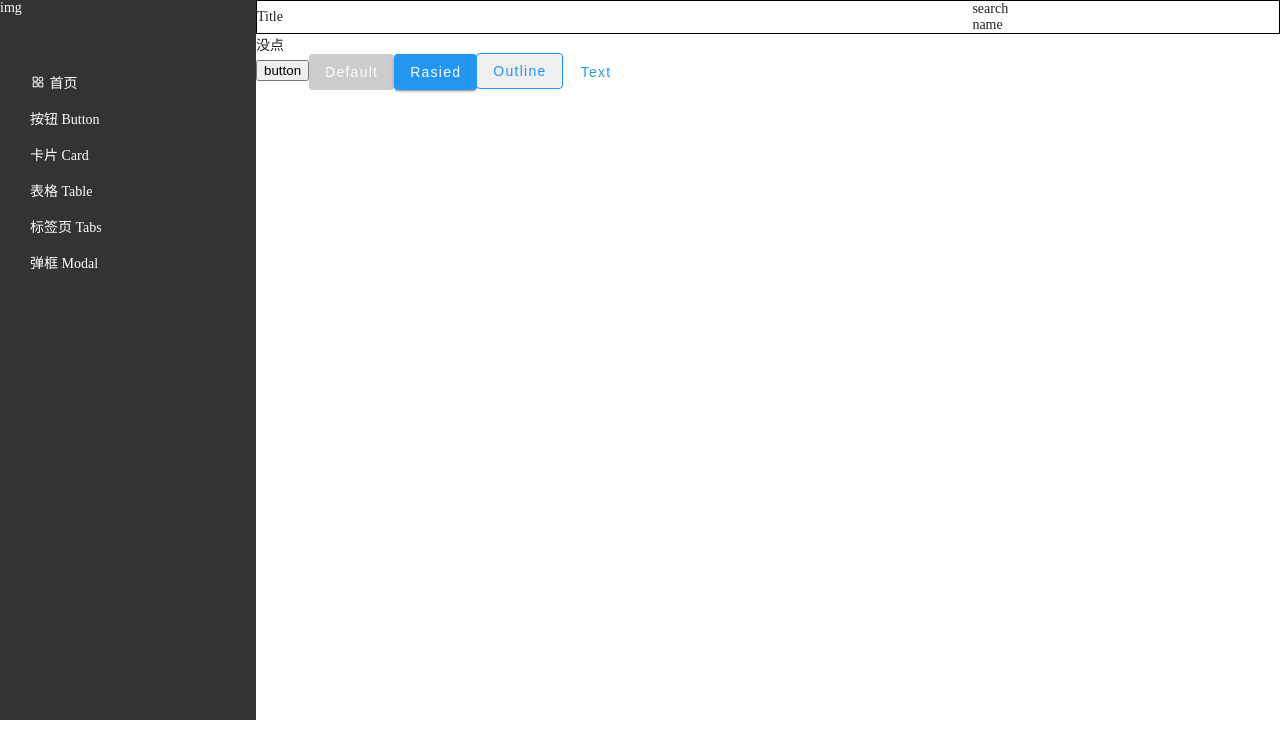
Repository: wyhsunflower/koalaUI
Page: /
These files come from the project's save history. The page is drawn as it stood at one moment and after the next save; the edit follows.
The browser window is 1280 px wide. The pictures show the whole page.
The project was rebuilt for these pictures with package versions that can differ from the ones it lists, and the page was loaded fresh each time. Also part of the build but not shown: webpack.config.js, src/components/Modal/Modal.vue. Imported but missing from the stored project, and not drawn on this page: src/views/go/go2.vue.

Above is the page before, as saved 2020-03-13 21:50:21.

After the next save:
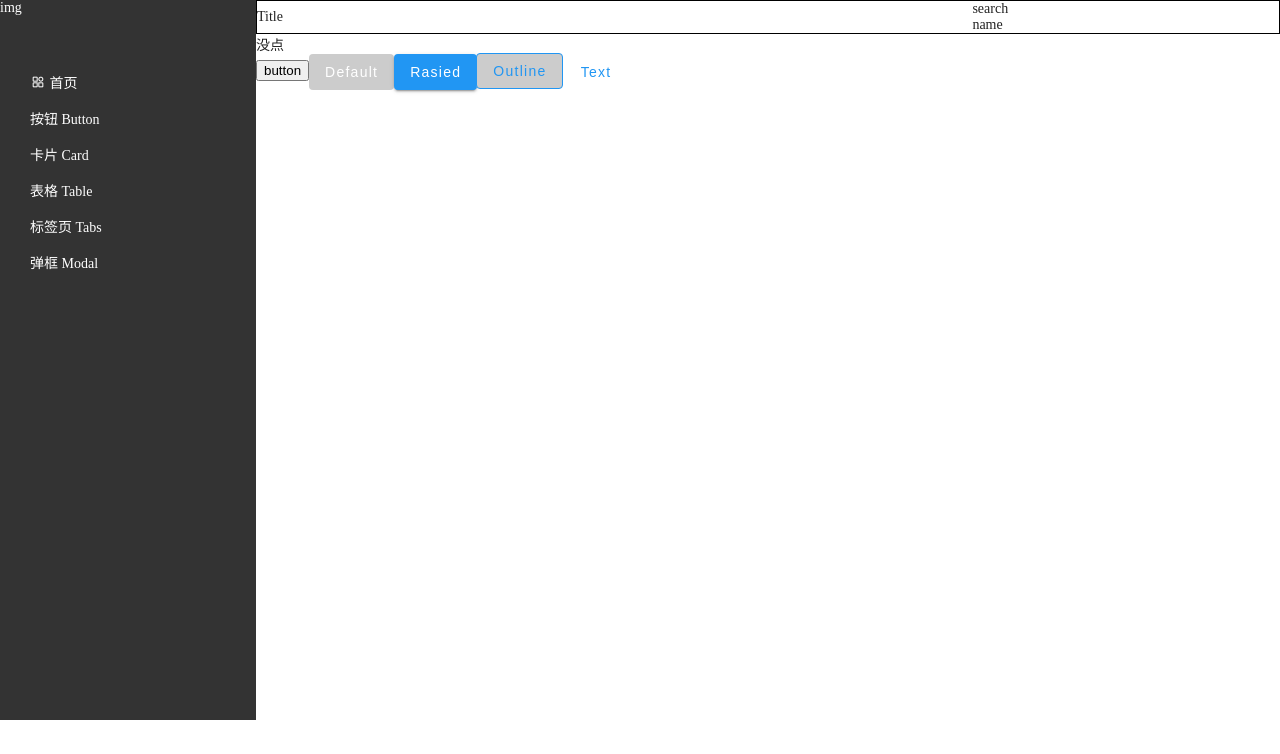
Saved 2 min 0 s later.
--- a/src/components/Button/Button.vue
+++ b/src/components/Button/Button.vue
@@ -41,7 +41,10 @@
         },
         computed:{
             buttonType(){
-                return `koala-button-${this.type}`
+                return [
+                    `koala-button-${this.type}`,
+                    `koala-button-${this.color}`,
+                    ]
             },
         },
         methods:{

After the save that followed:
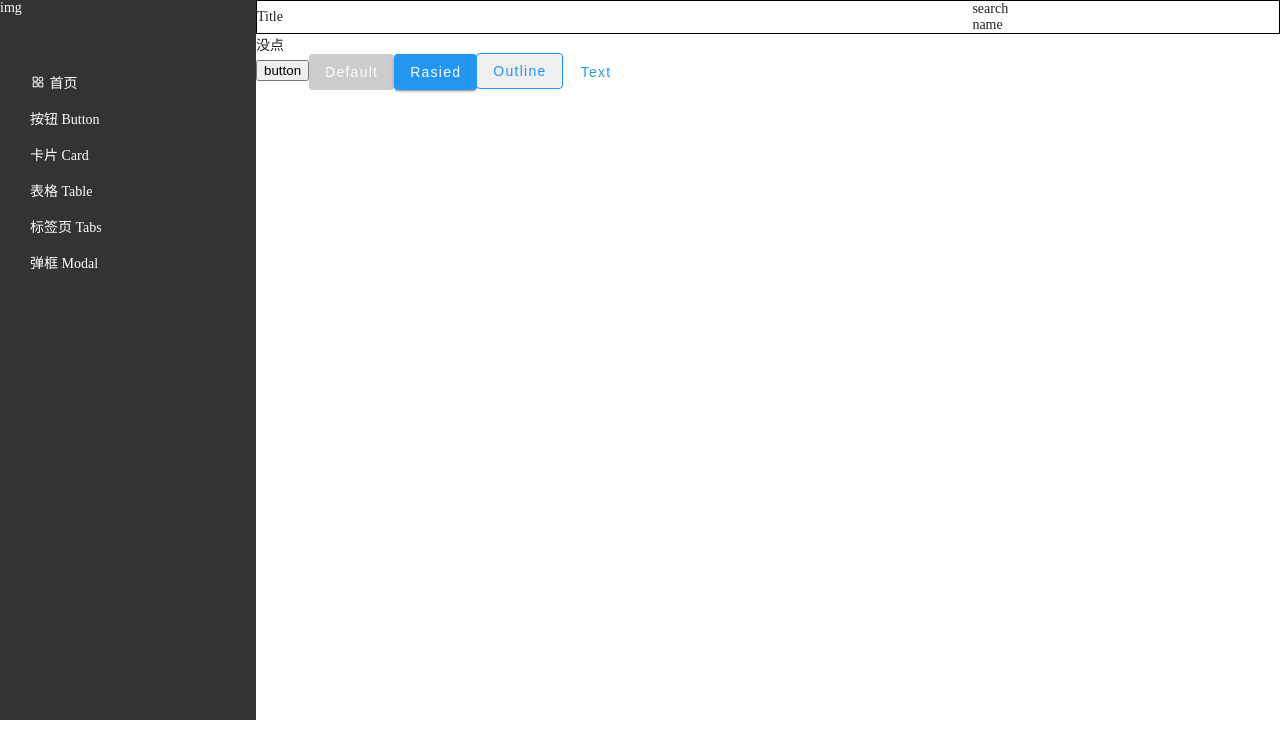
Saved 95 s later.
--- a/src/views/home.vue
+++ b/src/views/home.vue
@@ -10,9 +10,9 @@
             <div>Modal组件</div>
             <div>Modal组件</div>
         </Modal>
-        <Button @click="clicked('default')" type="default">Default</Button>
-        <Button @click="clicked('rasied')" type="rasied">Rasied</Button>
-        <Button @click="clicked('outline')" type="outline">Outline</Button>
+        <Button @click="clicked('default')" type="default" color="default">Default</Button>
+        <Button @click="clicked('rasied')" type="rasied" color="primary">Rasied</Button>
+        <Button @click="clicked('outline')" type="outline" color="custom">Outline</Button>
         <Button @click="clicked('text')" type="text">Text</Button>
     </div>
 </template>
